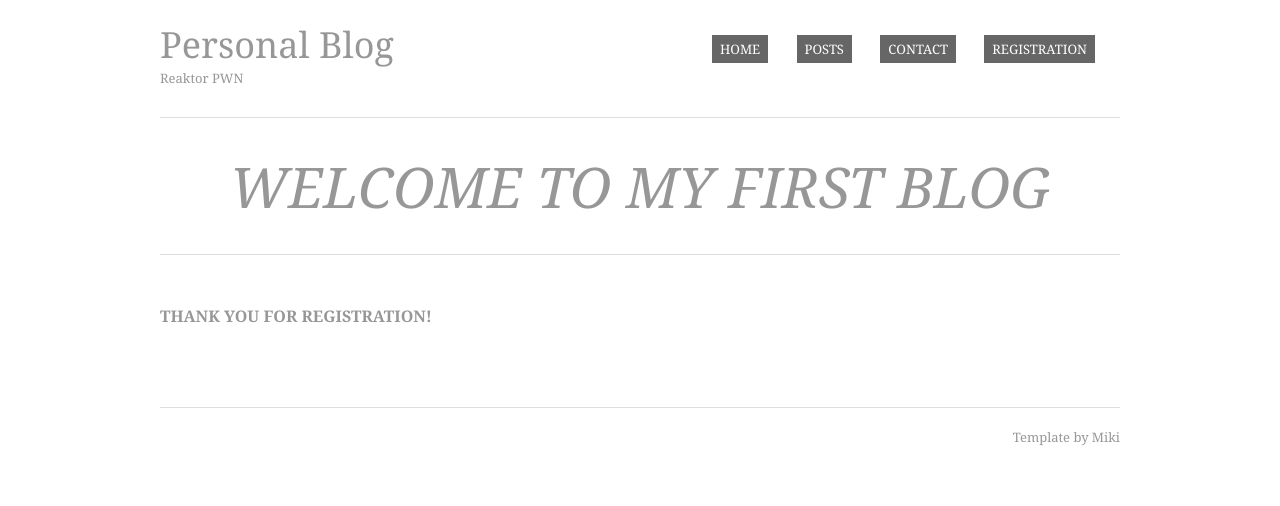
Repository: cooover/spring-zajecia
Page: http://localhost/saveRegister
An editor plug-in stored every save of this project. The page is shown before and after the next save, followed by the edit.
The browser window is 1280 px wide. The pictures show the whole page.
The page is this project's Thymeleaf template; nobody is signed in. The template is opened directly, without the code that normally fills it, so the values that code supplies are empty.

Above is the page before, as saved 2017-08-30 10:00:04.

### D-MVC2-JAR/src/main/resources/templates/saveRegister.html
<!DOCTYPE html>
<html lang="en" dir="ltr" xmlns:th="http://www.thymeleaf.org">
<head>
<title>Basic 79</title>
<meta charset="iso-8859-1" />
<link rel="stylesheet" href="layout.css" type="text/css" />
</head>
<body>
<div class="wrapper row1">
  <header id="header" class="clear">
    <div id="hgroup">
      <h1><a href="#">Personal Blog</a></h1>
      <h2>Reaktor PWN</h2>
    </div>
    <nav>
      <ul>
        <li><a href="/">Home</a></li>
        <li><a href="/blog">Posts</a></li>
        <li><a href="/contact">Contact</a></li>
        <li><a href="#">Registration</a></li>
      </ul>
    </nav>
  </header>
</div>
<!-- content -->
<div class="wrapper row2">
  <div id="container" class="clear">
    <!-- content body -->
    <section id="shout">
      <h1>Welcome to my first Blog</h1>
    </section>
    <!-- main content -->
    <section id="services" class="clear">
      <!-- article 1 -->
      <article>
      	<h3> Thank you for registration!</h3>
      </article>
    </section>
    <!-- / content body -->
  </div>
</div>
<!-- footer -->
<div class="wrapper row3">
  <footer id="footer" class="clear">
    <p class="fl_right">Template by Miki</p>
  </footer>
</div>
</body>
</html>

### D-MVC2-JAR/src/main/resources/static/layout.css
html{overflow-y:scroll;} /* Forces a scrollbar when the viewport is larger than the websites content - CSS3 */

body{margin:0; padding:0; font-size:13px; font-family:Georgia, "Times New Roman", Times, serif; color:#979797; background-color:#FFFFFF;}

.clear:after{content:"."; display:block; height:0; clear:both; visibility:hidden; line-height:0;}
.clear{display:block; clear:both;}
html[xmlns] .clear{display:block;}
* html .clear{height:1%;}

a{outline:none; text-decoration:none;}

code{font-weight:normal; font-style:normal; font-family:Georgia, "Times New Roman", Times, serif;}

.fl_left{float:left;}
.fl_right{float:right;}

img{margin:0; padding:0; border:none; line-height:normal; vertical-align:middle;}
.imgholder, .imgl, .imgr{padding:4px; border:1px solid #D6D6D6; text-align:center;}
.imgl{float:left; margin:0 15px 15px 0; clear:left;}
.imgr{float:right; margin:0 0 15px 15px; clear:right;}

/*----------------------------------------------HTML 5 Overrides-------------------------------------*/

address, article, aside, figcaption, figure, footer, header, nav, section{display:block; margin:0; padding:0;}

q{display:block; padding:0 10px 8px 10px; color:#979797; background-color:#ECECEC; font-style:italic; line-height:normal;}
q:before{content:'� '; font-size:26px;}
q:after{content:' �'; font-size:26px; line-height:0;}

/* ----------------------------------------------Wrapper-------------------------------------*/

div.wrapper{display:block; width:960px; margin:0 auto; padding:0; text-align:left;}

.row1, .row1 a{color:#979797; background-color:#FFFFFF;}
.row2{color:#979797; background-color:#FFFFFF;}
.row2 a{color:#FF9900; background-color:#FFFFFF;}
.row3{border-top:1px solid #DEDEDE;}
.row3, .row3 a{color:#979797; background-color:#FFFFFF;}

/*----------------------------------------------Generalise-------------------------------------*/

#header, #container, #footer{display:block; width:960px;}

nav ul{margin:0; padding:0; list-style:none;}

h1, h2, h3, h4, h5, h6{margin:0; padding:0; font-size:16px; font-weight:bold; font-style:normal; line-height:normal; text-transform:uppercase;}

address{font-style:normal;}

blockquote, q{display:block; padding:8px 10px; color:#979797; background-color:#ECECEC; font-style:italic; line-height:normal;}
blockquote:before, q:before{content:'� '; font-size:26px;}
blockquote:after, q:after{content:' �'; font-size:26px; line-height:0;}

.one_third, .two_third, .three_third{display:block; float:left; margin:0 30px 0 0;}
.one_third{width:300px;}
.two_third{width:630px;}
.three_third{width:960px; float:none; margin-right:0; clear:both;}
.lastbox{margin-right:0;}

/*----------------------------------------------Header-------------------------------------*/

#header{}

#header #hgroup{padding:20px 0 0 0; float:left;}
#header #hgroup h1, #header #hgroup h2{font-weight:normal; text-transform:none;}
#header #hgroup h1{font-size:36px;}
#header #hgroup h2{font-size:13px;}

#header nav{display:block; float:right; margin:20px 0 0 0; padding:20px 0;}
#header nav ul{}
#header nav li{display:inline; margin-right:25px; text-transform:uppercase;}
#header nav li.last{margin-right:0;}
#header nav li a{padding:5px 8px; color:#FFFFFF; background-color:#666666;}
#header nav li a:hover{color:#FF9900; background-color:#FFFFFF;}

/*----------------------------------------------Content Area-------------------------------------*/

#container{padding:30px 0;}
#container section{display:block; width:100%; margin:0 0 30px 0; padding:0;}
#container .last{margin:0;}
#container .more{text-align:right;}

/* ------Shout-----*/

#container #shout{margin-bottom:50px; padding:30px 0; border-top:1px solid #DEDEDE; border-bottom:1px solid #DEDEDE;}
#container #shout h1{font-size:56px; font-weight:normal; font-style:italic; text-transform:uppercase; text-align:center;}
#container #shout p{font-size:16px; margin-bottom:0; padding-bottom:0; line-height:1.8em;}

/* ------services-----*/

#container #services{margin-bottom:50px; line-height:1.6em;}
#container #services article{}
#container #services article h2{font-size:14px; margin-bottom:15px;}
#container #services article p{margin:0; padding:0;}
#container #services article img{float:left; width:80px; height:80px; margin:0 10px 10px 0; padding:4px; border:1px solid #DEDEDE;}
#container #services article footer{margin:10px 0 0 0;}

/*----------------------------------------------Footer-------------------------------------*/

#footer{padding:20px 0;}
#footer p{margin:0; padding:0;}

After the next save:
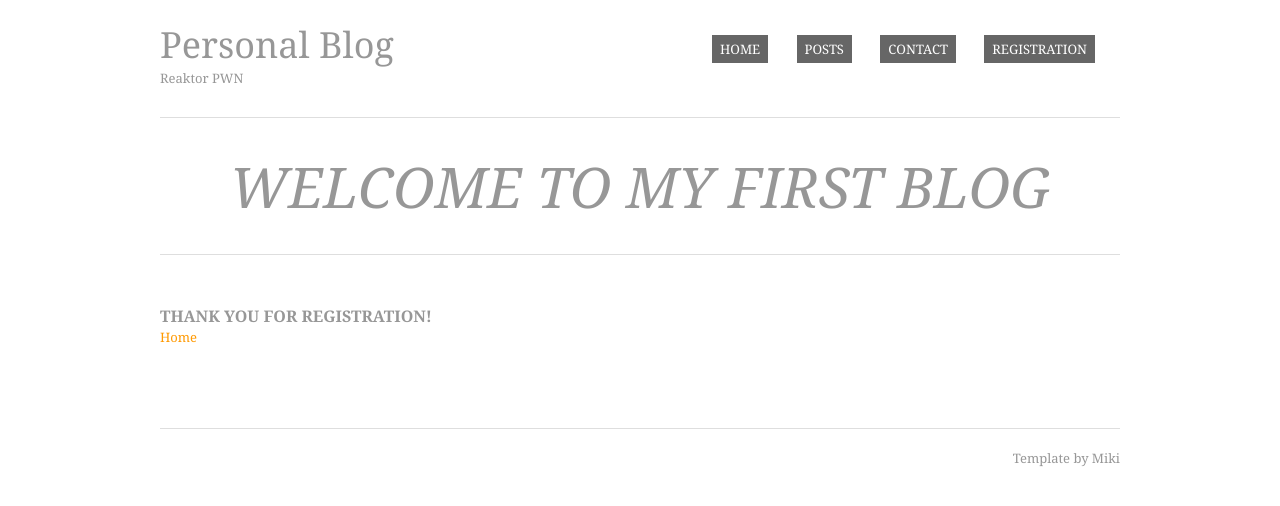
Saved 6 min 12 s later.
--- a/D-MVC2-JAR/src/main/resources/templates/saveRegister.html
+++ b/D-MVC2-JAR/src/main/resources/templates/saveRegister.html
@@ -34,6 +34,7 @@
       <!-- article 1 -->
       <article>
       	<h3> Thank you for registration!</h3>
+      	<a href="/">Home</a>
       </article>
     </section>
     <!-- / content body -->
